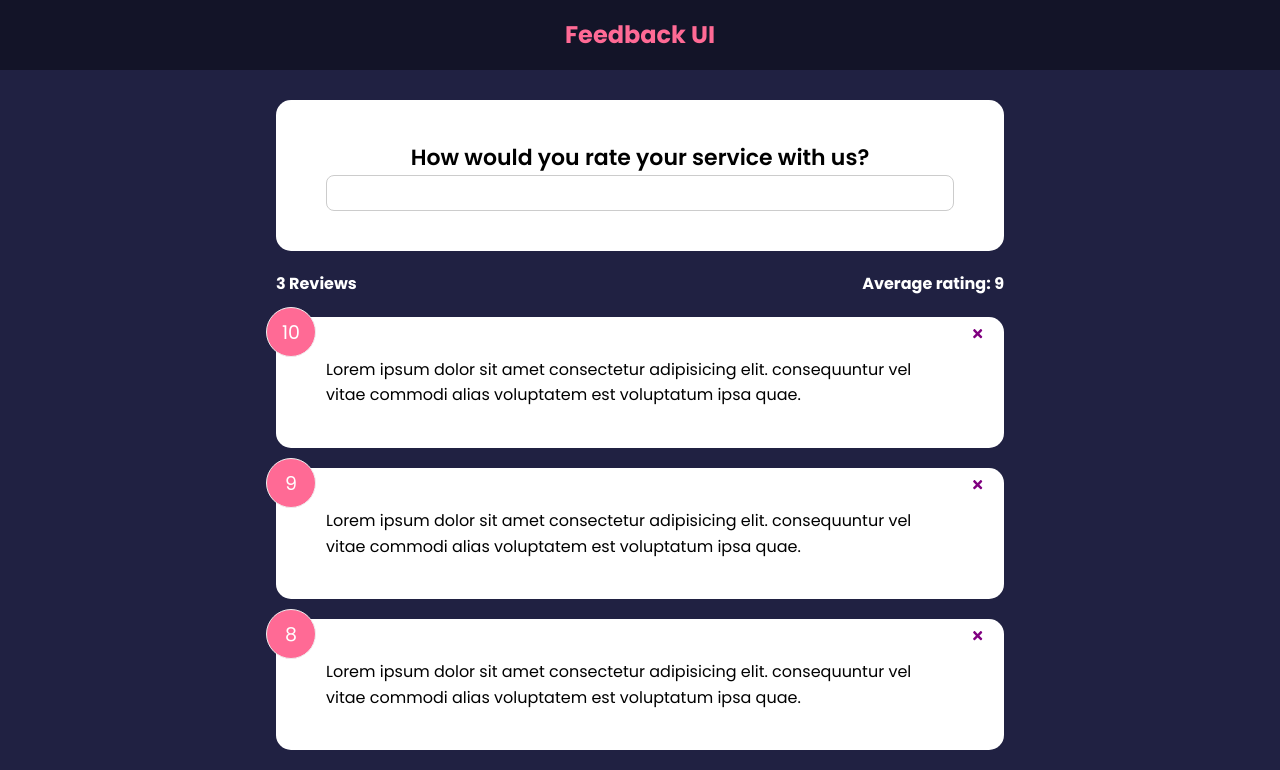
Repository: ErminiaDev/Feedback-app
Page: /
The author's editor kept a copy of each file at every save. The page is drawn from the files as they stood at one save, then again after a run of saves.
The browser window is 1280 px wide. The pictures show the whole page.
The project was rebuilt for these pictures with package versions that can differ from the ones it lists, and the page was loaded fresh each time.

Above is the page before, as saved 2023-02-08 15:38:17.

After the next 13 saves:
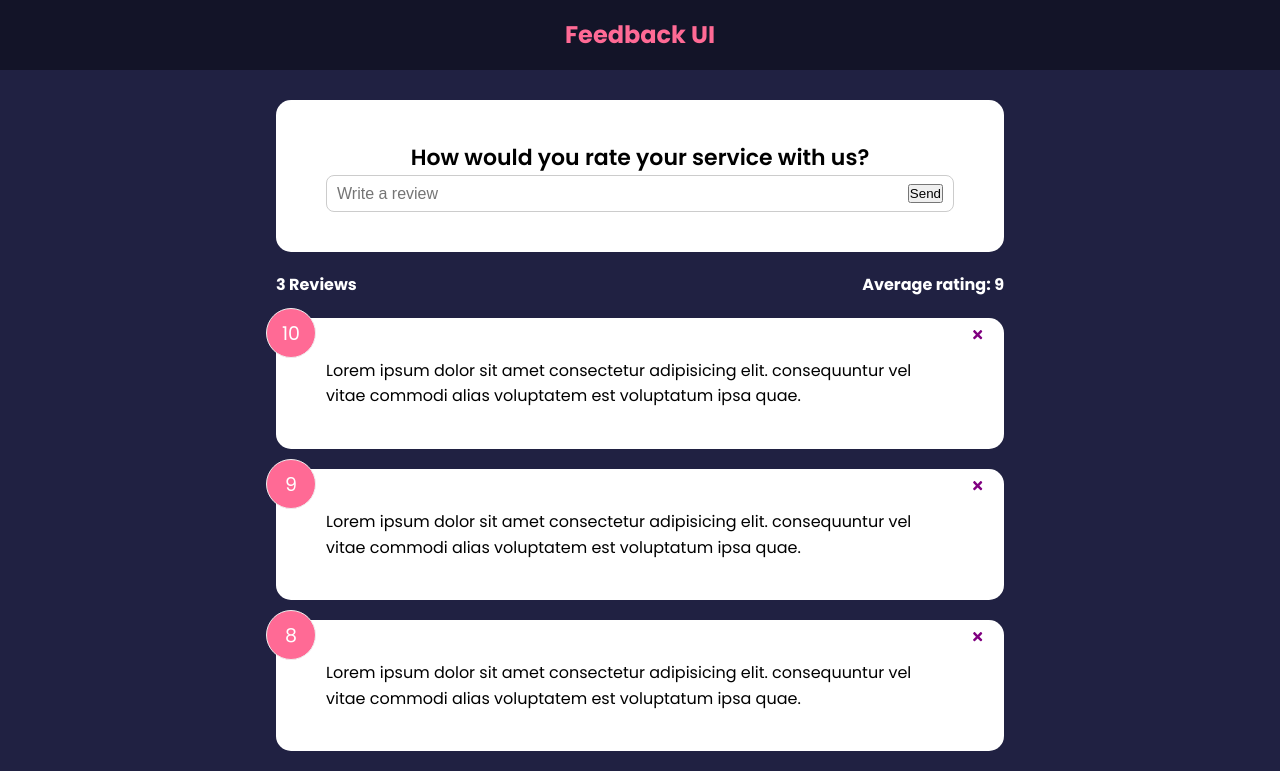
The 13 saves are shown as one change because they came seconds apart.
The last was saved 29 s later.
--- a/src/components/FeedbackForm.jsx
+++ b/src/components/FeedbackForm.jsx
@@ -8,7 +8,8 @@ const FeedbackForm = props => {
 			<h2>How would you rate your service with us?</h2>
 			{/* @todo - rating select component */}
 			<div className="input-group">
-				<input type="text" />
+				<input type="text" placeholder="Write a review" />
+				<button type="submit">Send</button>
 			</div>
 		</form>
 	</Card>
